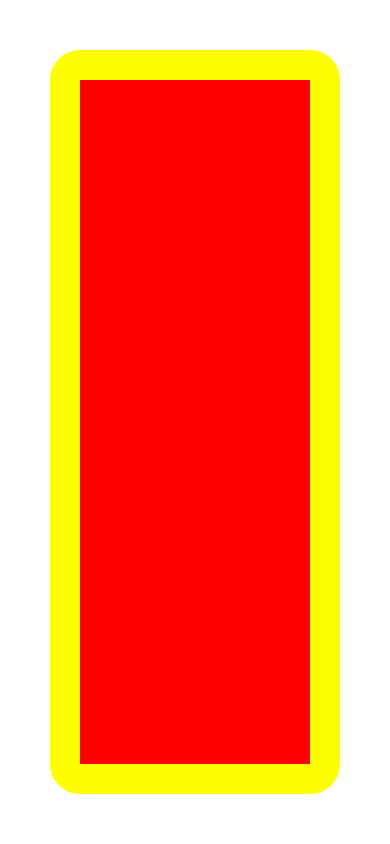
Repository: akinmiday/ReactNativeApp
Screen: /
These files come from the project's save history. The screen is drawn as it stood at one moment and after the next save; the edit follows.
The app was drawn by React Native's web renderer in a window 390 px wide. The project was rebuilt for these pictures with package versions that can differ from the ones it lists, and the page was loaded fresh each time.

Above is the screen before, as saved 2023-08-06 16:13:58.

### App.js
import { View, Text } from "react-native";
import styles from "./styles";
import { useState } from "react";

export default function App() {
  const { container } = styles;

  return (
    <View style={container}>
      <Text></Text>
    </View>
  );
}

### styles.js
import { StyleSheet } from "react-native";

const styles = StyleSheet.create({
  container: {
    backgroundColor: "red",
    flex: 1,
    padding: 20,
    margin: 50,
    borderColor: "yellow",
    borderRadius: 30,
    borderWidth: 30,
  },
  input: {
    backgroundColor: "pink",
    marginTop: 20,
    padding: 20,
    marginTop: 20,
    marginBottom: 20,
  },
  text: {
    color: "red",
    fontSize: 20,
    fontFamily: "Arial",
    fontStyle: "italic",
    fontWeight: "normal",
    letterSpacing: 1,
    textAlign: "auto",
    textDecorationLine: "underline",
    textDecorationColor: "green",
    textTransform: "lowercase",
  },
  button: {
    backgroundColor: "yellow",
    padding: 15,
    alignItems: "center",
    width: "50%",
    alignSelf: "center",
    borderWidth: 5,
    borderColor: "green",
    marginTop: 20,
  },
  item: {
    backgroundColor: "yellow",
    padding: 20,
    marginVertical: 5,
  },
  header: {
    fontSize: 15,
  },
  title: {
    fontSize: 10,
  },
});

export default styles;

After the next save:
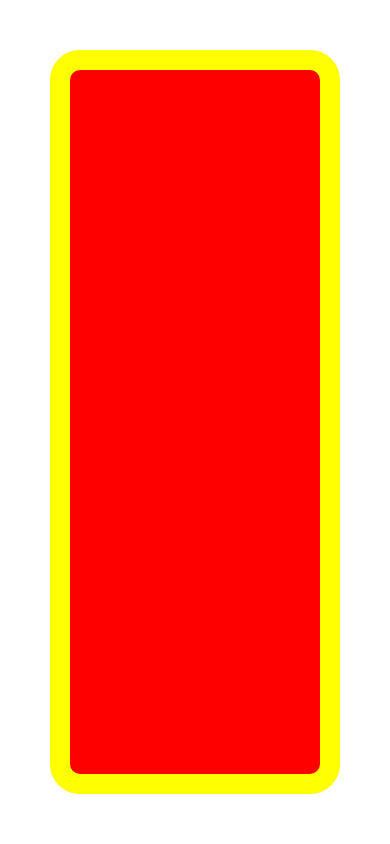
Saved 14 s later.
--- a/styles.js
+++ b/styles.js
@@ -8,7 +8,7 @@ const styles = StyleSheet.create({
     margin: 50,
     borderColor: "yellow",
     borderRadius: 30,
-    borderWidth: 30,
+    borderWidth: 20,
   },
   input: {
     backgroundColor: "pink",
